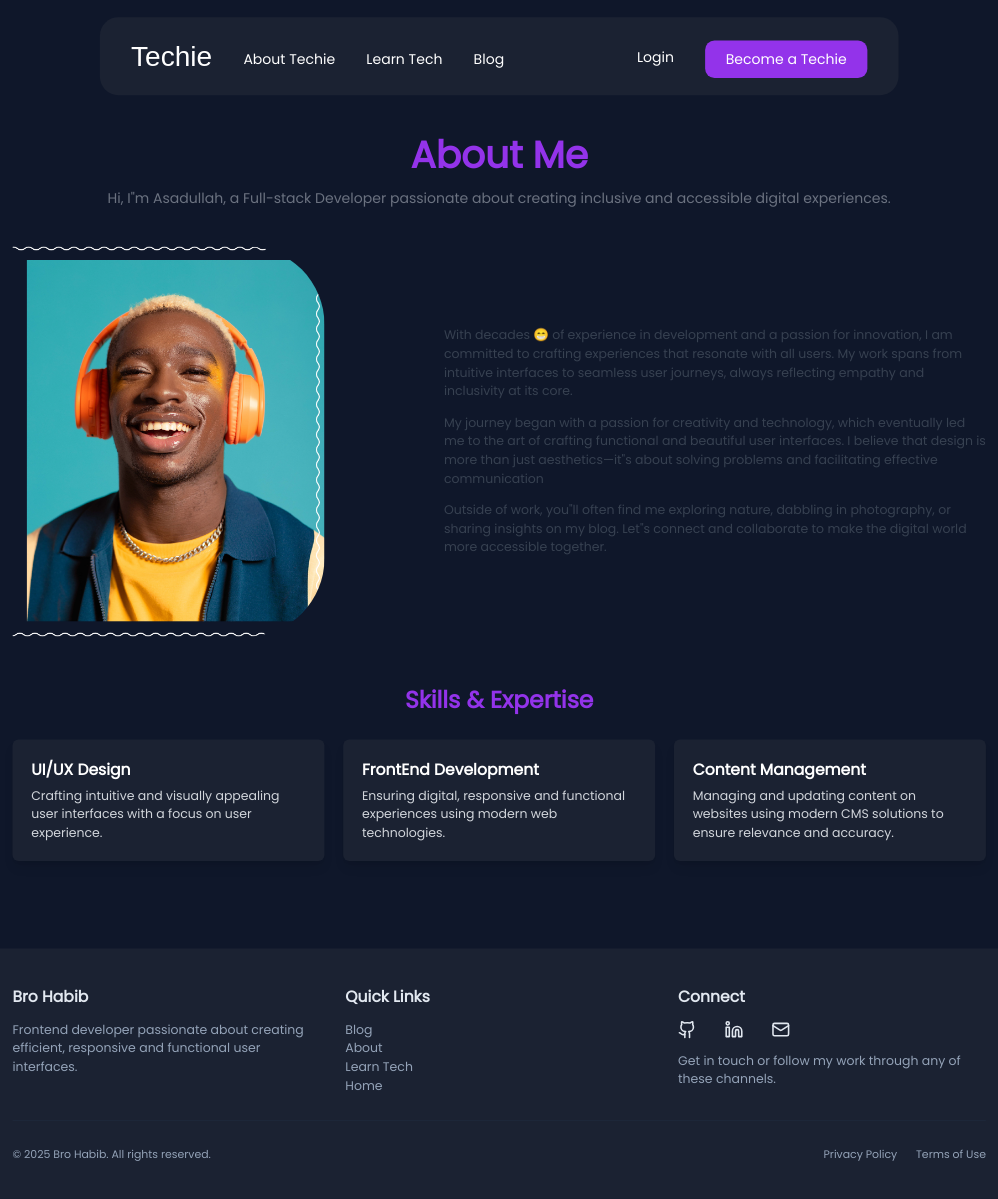
Repository: asadullah48/data-fetch
Page: /about
An editor plug-in stored every save of this project. The page is shown before and after a run of saves, followed by the edit.
The browser window is 1280 px wide. The pictures show the whole page, at 78% of full size.
Some web fonts or font styles are not loaded; a fallback is used. The project was rebuilt for these pictures with package versions that can differ from the ones it lists, and the page was loaded fresh each time. The framework's server and built-in components were replaced by stand-ins that run in the browser. Also part of the build but not shown: next.config.mjs.

Above is the page before, as saved 2025-01-15 12:39:25.

After the next 3 saves:
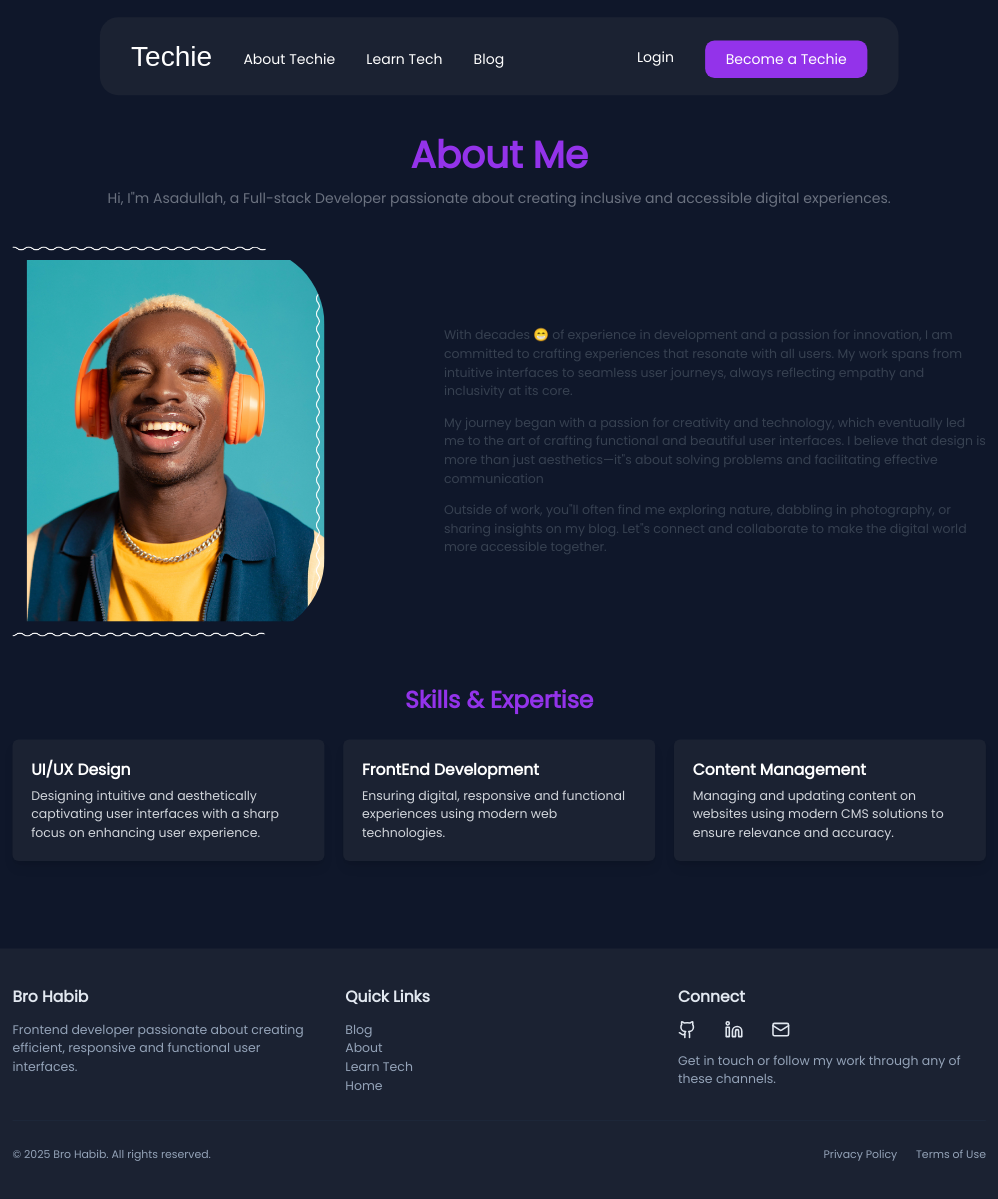
The 3 saves are shown as one change because they came seconds apart.
The last was saved 62 s later.
--- a/src/app/about/page.tsx
+++ b/src/app/about/page.tsx
@@ -55,7 +55,7 @@ export default function About() {
                     <div className="bg-[#1b2232] text-white rounded-lg shadow-lg p-6">
                         <h3 className="text-xl font-semibold mb-2">UI/UX Design</h3>
                         <p className="text-gray-300">
-                            Crafting intuitive and visually appealing user interfaces with a focus on user experience.
+                        Designing intuitive and aesthetically captivating user interfaces with a sharp focus on enhancing user experience.
                         </p>
                     </div>
                     <div className="bg-[#1b2232] text-white rounded-lg shadow-lg p-6">
